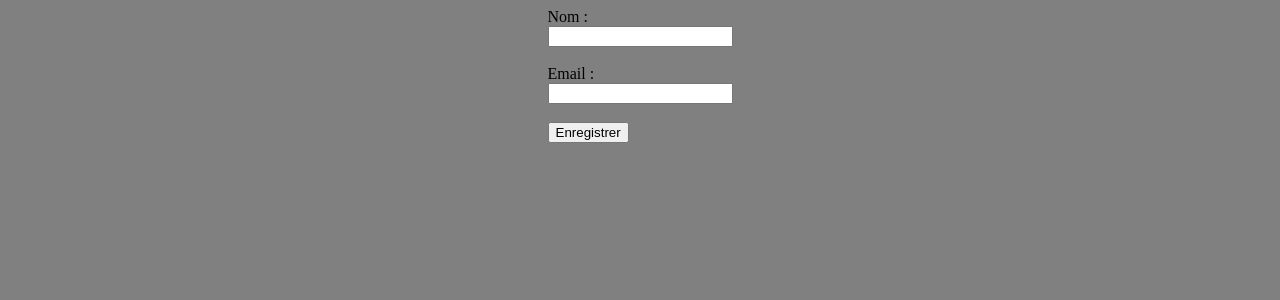
Repository: Haidara-97/TPJEE
Page: http://localhost/AppTest/
The author's editor kept a copy of each file at every save. The page is drawn from the files as they stood at one save, then again after the next save.
The browser window is 1280 px wide. The pictures show the whole page.
The page is served by Tomcat 9.

Above is the page before, as saved 2025-06-18 13:58:25.

After the next save:
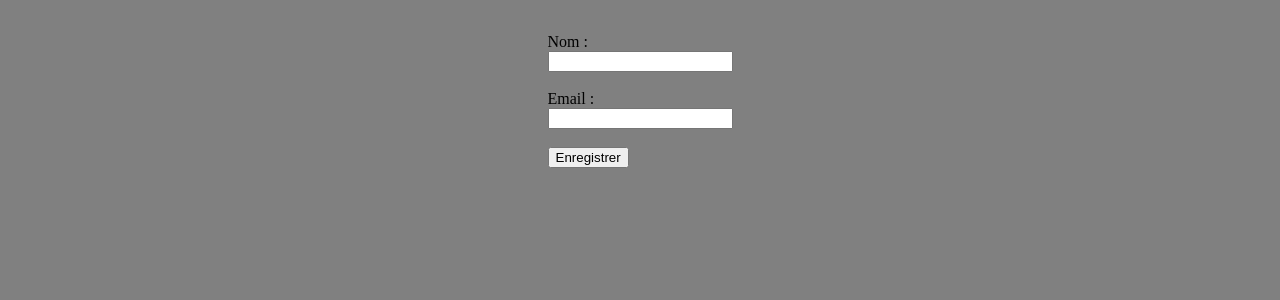
Saved 91 s later.
--- a/AppTest/src/main/webapp/index.jsp
+++ b/AppTest/src/main/webapp/index.jsp
@@ -13,6 +13,7 @@ align-items: center;
 }
 .forme{
 margin :auto;
+margin-top:25px;
 }
 </style>
 </head>
